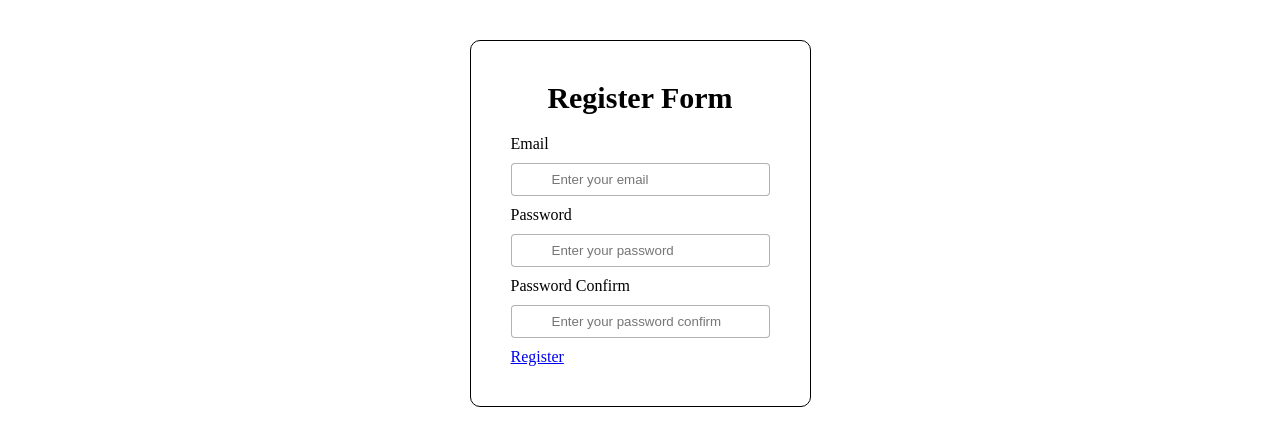
Repository: nptg3105/Register-form
Page: index.html
These files come from the project's save history. The page is drawn as it stood at one moment and after the next save; the edit follows.
The browser window is 1280 px wide. The pictures show the whole page.
Some web libraries are served in a nearby version.

Above is the page before, as saved 2022-01-05 21:55:26.

After the next save:
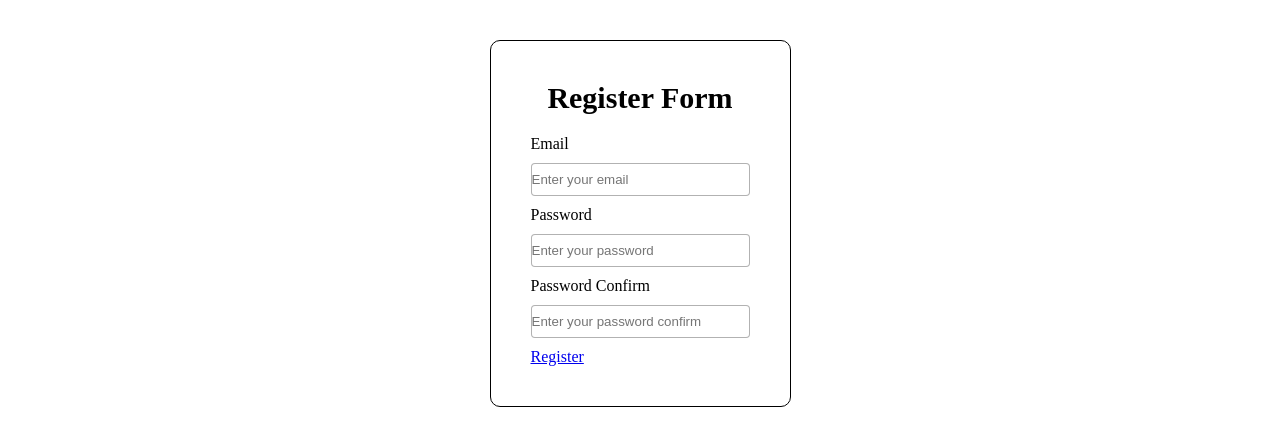
Saved 16 s later.
--- a/style.css
+++ b/style.css
@@ -22,7 +22,7 @@
 #password-confirm {
   margin: 10px 0;
   width: 100%;
-  padding: 8px 40px;
+  padding: 8px 40px 8px 0px;
   border-radius: 4px;
   border: 1px solid rgba(0, 0, 0, 0.3);
 }
